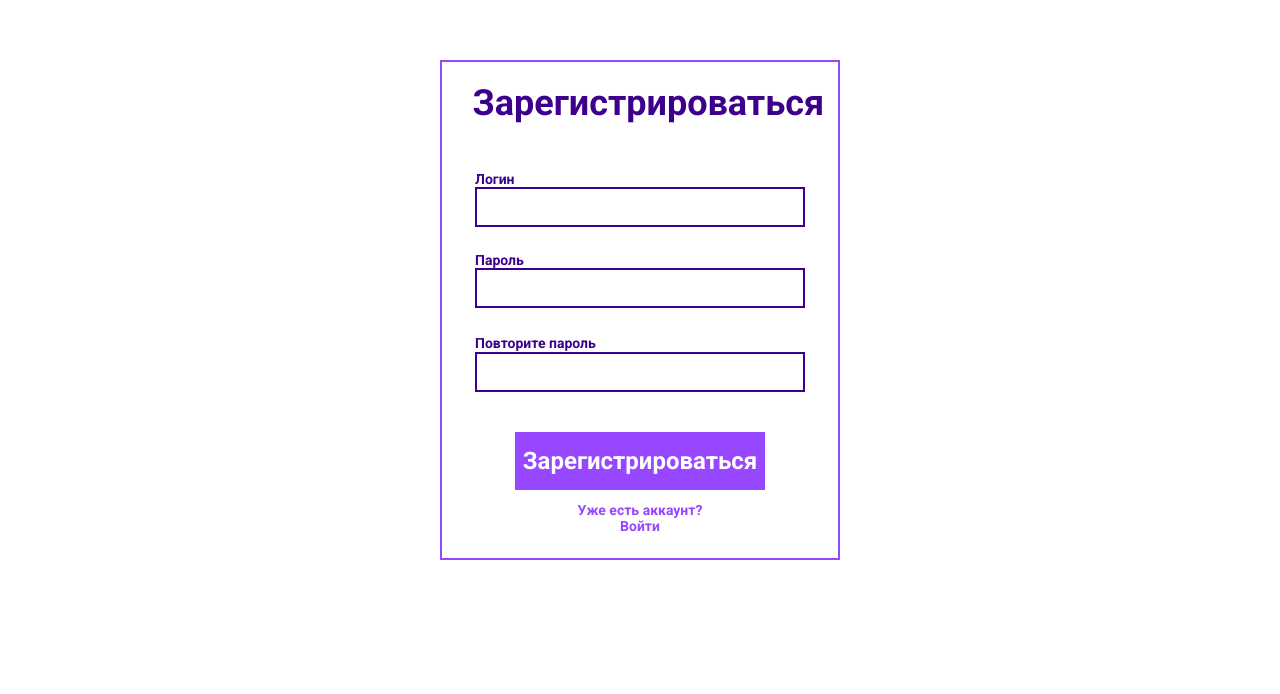
Repository: TimurZinatulin/Web_Shishki_1
Page: /profile
These files come from the project's save history. The page is drawn as it stood at one moment and after the next save; the edit follows.
The browser window is 1280 px wide. The pictures show the whole page.
The project was rebuilt for these pictures with package versions that can differ from the ones it lists, and the page was loaded fresh each time. Also part of the build but not shown: vite.config.js, vue.config.js, src/views/LoginView.vue, src/components/HelloWorld.vue, src/views/MainView.vue, src/views/HomeView.vue, src/views/EditView.vue, src/views/FavoriteView.vue and 4 more.

Above is the page before, as saved 2023-06-10 23:12:36.
Console error: TypeError: Cannot read properties of null (reading 'user')

### src/main.js
import { createApp } from 'vue'
//import './style.css'
import App from './App.vue'
import router from './router'
import store from './store.js'

createApp(App).use(store).use(router).mount('#app')

### src/App.vue
<template>
  <!-- Проверка доступности пользователя в хранилище; при недоступности - показываем компонент авторизации-->
  <Auth v-if="!store.state.user" />
  <!-- Если пользователь доступен, показываем компонент Hello World -->
  <EmptyLayout v-else msg="Hello Vue 3 + Vite" />
</template>

<script>
import Auth from './components/Auth.vue';
import HelloWorld from './components/HelloWorld.vue';
import HeaderComp from './components/HeaderComp.vue';
import EmptyLayout from './layouts/EmptyLayout.vue';
import MainLayout from './layouts/MainLayout.vue';
import ExtraLayout from './layouts/ExtraLayout.vue';
import RegisterView from './views/RegisterView.vue';

import store from "./store.js";
import { supabase } from "./supabase";

export default {
  computed: {
    layout() {
      return this.$route.meta.layout + '-layout';
    }
  },
  components: {
    HelloWorld, Auth, HeaderComp, EmptyLayout, MainLayout, ExtraLayout, RegisterView
  },
  setup() {
    // сначала проверяем, вошел ли пользователь в систему с помощью Supabase
    store.state.user = supabase.auth.user;
    // затем настраиваем слушатель для обновления хранилища, если меняется пользователь - выходит из системы или входит
    supabase.auth.onAuthStateChange((event, session) => {
      if (event == "SIGNED_OUT") {
        store.state.user = null;
      } else {
        store.state.user = session.user;
      }
    });

    return {
      store,
    };
  },
};
</script>

<style>
/* @import '@/templates/main_page.css'; */
</style>

### src/router/index.js
import { createRouter, createWebHistory } from 'vue-router'
import HomeView from '../views/HomeView.vue'
import MainView from '../views/MainView.vue'
import EditView from '../views/EditView.vue'
import FavoriteView from '../views/FavoriteView.vue'
import MyProjectsView from '../views/MyProjectsView.vue'
import LoginView from '../views/LoginView.vue'
import RegisterView from '../views/RegisterView.vue'
import CreateProjectView from '../views/CreateProjectView.vue'
import ProjectView from '../views/ProjectView.vue'


const routes = [
  {
    path: '/',
    name: 'home',
    component: HomeView
  },
  {
    path: '/main',
    name: 'main',
    meta: {layout: 'main'},
    component: MainView
  },
  {
    path: '/edit',
    name: 'edit',
    meta: {layout: 'extra'},
    component: EditView
  },
  {
    path: '/favs',
    name: 'favs',
    meta: {layout: 'extra'},
    component: FavoriteView
  },
  {
    path: '/my_projects',
    name: 'my',
    meta: {layout: 'extra'},
    component: MyProjectsView
  },
  {
    path: '/login',
    name: 'login',
    meta: {layout: 'empty'},
    component: LoginView
  },
  {
    path: '/register',
    name: 'register',
    meta: {layout: 'empty'},
    component: RegisterView
  },
  {
    path: '/create_project',
    name: 'create_project',
    meta: {layout: 'extra'},
    component: CreateProjectView
  },
  {
    path: '/project',
    name: 'project',
    meta: {layout: 'extra'},
    component: ProjectView
  },
  {
    path: '/profile',
    name: 'profile',
    meta: {layout: 'extra'},
    component: () => import('../views/ProfileView.vue')
  }
]

const router = createRouter({
  history: createWebHistory(import.meta.env.BASE_URL),
  routes
})

export default router

### src/store.js
import { reactive } from "vue";

const store = {
    state: reactive({
        user: {},
    }),
};

export default store

### src/components/Auth.vue
<template>
    <div>
        <register-view v-if="isSignUp" />
        <login-view v-else />
        <button id="reg_btn" style="align: center;" @click="isSignUp = !isSignUp">
            {{
                isSignUp
                ? "Уже есть аккаунт? Войти"
                : "Зарегистрироваться"
            }}
        </button>
    </div>
</template>

<script>
import { ref } from "vue";
import RegisterView from "../views/RegisterView.vue";
import LoginView from "../views/LoginView.vue";

export default {
    components: { RegisterView, LoginView },
    setup() {
        const isSignUp = ref(true);
        return {
            isSignUp,
        };
    },
};
</script>

<style scoped>
</style>

### src/components/HeaderComp.vue
<template>
    <div id="header" class="wrapper">
        <div id="head-cont">
            <li><router-link to="/main" style="position: relative; left: -280px;" href="http://localhost:5173/main"><img id="logo" src="../assets/ShishkiD.png" style="width: 70px; height: 70px;"></router-link></li>
            <input class="input" type="text" placeholder="Найти...">
            <ul style="left: 400px;">
                <li><router-link to="/favs" class="btn2">Избранное</router-link></li>
                <li><router-link to="/my_projects" class="btn2">Мои проекты</router-link></li>
                <li><router-link to="/edit" class="btn2">Редактировать профиль</router-link></li>
                <li><router-link to="/create_project" class="btn2">Новый проект</router-link></li>
                <li><button @click="signOut" class="btn2">Выйти</button></li>
            </ul>
        </div>
    </div>
</template>

<script setup>
import { ref } from "vue";
import { supabase } from "../supabase";

defineProps({
  msg: String,
});

async function signOut() {
  const { error } = await supabase.auth.signOut();
}
</script>

<style>
@import url('https://fonts.googleapis.com/css2?family=Roboto:wght@700&display=swap');
</style>

### src/layouts/EmptyLayout.vue
<template>
    <!-- <div id="header" class="wrapper">
        <div id="head-cont">
            <a style="position: relative; left: -280px;" href="http://localhost:8080/main"><img id="logo" src="../assets/ShishkiD.png" style="width: 70px; height: 70px;"></a>
            <input class="input" type="text" placeholder="Найти...">
            <ul>
                <li><router-link to="/favs" class="btn2">Избранное</router-link></li>
                <li><router-link to="/create_project" class="btn2">Новый проект</router-link></li>
                <li><router-link to="/login" class="link">Войти</router-link></li>
            </ul>
        </div>
    </div> -->
    <HeaderComp />
    <RouterView />
</template>

<script>
import HeaderComp from '@/components/HeaderComp.vue'

export default {
    components: {
        HeaderComp
    }
}
</script>

<style>
@import '@/templates/login.css';
@import '@/templates/main_page.css';
@import '@/templates/reg.css';
</style>

### src/layouts/MainLayout.vue
<template>
    <div id="app1">
        <HeaderComp />
        <div id="article">
            <h1 id="h1">Digital<br>
            portfolio</h1><br>
            <p>Уникальный сервис для<br>размещения своих проектов и<br>наработок</p><br>
            <a href="http://localhost:8080/create_project" class="btn">Создать проект</a>
            <button @click="signOut">Sign Out</button>
            <img id="logo2" src="../assets/chelik.png">
            <h2 id="h2">Популярные проекты</h2>
        </div>
        <div id="projects" style="left: -10px;">
        </div>
    </div>
</template>

<script>
import HeaderComp from '@/components/HeaderComp.vue'
import MainView from '@/views/MainView.vue'


export default {
    components: {
        HeaderComp, MainView
    }
}
</script>

<style>
@import '@/templates/login.css';
@import '@/templates/main_page.css';
@import '@/templates/reg.css';
</style>

### src/layouts/ExtraLayout.vue
<template>
    <HeaderComp />
</template>

<script>
import HeaderComp from '@/components/HeaderComp.vue'

export default {
    components: {
        HeaderComp,
    }
}
</script>

<style>
@import '@/templates/login.css';
@import '@/templates/main_page.css';
@import '@/templates/reg.css';
</style>

### src/views/RegisterView.vue
<template>
    <div id="log_card">
        <h1 id="log_name" style="position: relative; top: -30px; left: -10px;">Зарегистрироваться</h1>
        <form @submit.prevent="handleSignup">
            <p class="p">Логин</p>
            <input class="input1" style="top: -75px;" type="email" v-model="email">
            <p class="p">Пароль</p>
            <input class="input1" style="top: -75px;" type="password" v-model="password">
            <p class="p" style="display:inline; position:relative; left: 0px;">Повторите пароль</p>
            <input class="input1" style="top: -70px;" type="password" v-model="password">
            <button type="submit" id="log_btn" style="width: 250px;">Зарегистрироваться</button>
        </form>
    </div>
</template>

<script>
import { ref } from "vue";
import { supabase } from "../supabase";

export default {
    setup() {
        const email = ref("");
        const password = ref("");

        const handleSignup = async () => {
            try {
                // Задействуем предоставленный Supabase метод для обработки регистрации
                const { error } = await supabase.auth.signUp({
                    email: email.value,
                    password: password.value,
                });
                if (error) throw error;
            } catch (error) {
                alert(error.error_description || error.message);
            }
        };

        return {
            email,
            password,
            handleSignup,
        };
    },
};
</script>

### src/templates/login.css
#log_card{
    box-sizing: border-box;
    display: flex;
    flex-direction: column;
    justify-content: space-between;
    align-items: center;
    padding: 50px 10px;
    gap: 50px;
    width: 400px;
    height: 500px;
    border: 2px solid #9747FF;
    flex: none;
    order: 1;
    flex-grow: 0;
    position: relative;
    top: 60px;
}

#log_name{
    width: 315px;
    height: 49px;
    font-family: 'Roboto';
    font-style: normal;
    font-weight: 600;
    font-size: 36px;
    line-height: 42px;
    text-align: center;
    color: #3D008C;
    flex: none;
    order: 0;
    flex-grow: 0;
}

#log_btn{
    display: flex;
    flex-direction: row;
    justify-content: center;
    align-items: center;
    padding: 10px;
    width: 88px;
    height: 58px;
    background: #9747FF;
    flex: none;
    order: 0;
    flex-grow: 0;
    border: none;
    color: white;
    position: relative;
    bottom: 50px;
    border: 2px solid #9747FF;
    animation: ch-color-1 0.5s forwards;
    font-size: 24px;
}

#log_btn:hover{
    animation: ch-color-2 0.5s forwards;
}

@keyframes ch-color-1 {
    from {
      background-color: white;
      color: #9747FF;
    }
    to {
      background-color: #9747FF;
      color: white;
    }
  }

  @keyframes ch-color-2 {
    from {
      background-color: #9747FF;
      color: white;
    }
    to {
      background-color: white;
      color: #9747FF;
    }
  }

#reg_btn{
    width: 136px;
    height: 16px;
    font-family: 'Roboto';
    font-style: normal;
    font-weight: 400;
    font-size: 14px;
    line-height: 16px;
    display: flex;
    align-items: center;
    text-align: center;
    color: #9747FF;
    flex: none;
    order: 0;
    flex-grow: 0;
    position: relative;
    left: 0px;
    top: 10px;
    border: none;
    background-color: white;
    text-align: center;
}

.p{
    width: 40px;
    height: 16px;
    font-family: 'Roboto';
    font-style: normal;
    font-weight: 600;
    font-size: 14px;
    line-height: 16px;
    display: flex;
    align-items: center;
    color: #3D008C;
    flex: none;
    order: 0;
    flex-grow: 0;
    position: relative;
    top: -70px;
    left: -145px;
    margin-bottom: 5px;
}

### src/templates/main_page.css
* {
  margin: 0 auto;
  padding: 0;
  box-sizing: border-box;
  font-size: 16px;
  font-family: 'Roboto', sans-serif;
  user-select: none;
}

#head-cont{
  max-width: 900px;
  width: 100%;
}

#article{
  width: 1500px;
  position: relative;
}

#header{
  width: 100%;
  height: 80px;
  margin: 0 auto;
  background-color: rgba(151, 71, 255, 1);
  margin-bottom: 15px;
  overflow: hidden;
}

.input{
  width: 500px;
  height: 50px;
  padding: 6px 0 4px 10px;
  border: none;
  background: rgba(206, 168, 255, 1);
  bottom: 20px;
  left: -325px;
  position: relative;
  font-size: 25px;
  padding-left: 25px;
  outline: none;
}

.input::-webkit-input-placeholder {
  color: white;
}

.input::-moz-placeholder {
  color: white;
}

.input1{
  box-sizing: border-box;
  display: flex;
  flex-direction: row;
  align-items: center;
  padding: 11px 10px;
  gap: 10px;
  width: 330px;
  height: 40px;
  border: 2px solid #3D008C;
  flex: none;
  order: 1;
  align-self: stretch;
  flex-grow: 0;
  position: relative;
  top: -20px;
  margin-bottom: 20px;
  outline: none;
}

#logo{
  position: relative;
  top: 5px;
}

#logo2{
  position: relative;
  width: 800px;
  height: 670px;
  left: 385px;
  bottom: 340px;
}

ul {
  list-style: none;
  margin: 0;
  padding-left: 0;
  position: relative;
  left: 710px;
  top: -55px;
}

a {
  text-decoration: none;
  color: white;
}

.link1 {
  display: flex;
  flex-direction: row;
  justify-content: center;
  align-items: center;
  padding: 10px;
  background: #9747FF;
  flex: none;
  order: 0;
  flex-grow: 0;
  left: -275px;
  top: 220px;
  font-family: 'Roboto';
  font-style: normal;
  font-weight: 400;
  font-size: 16px;
}

.link1:hover{
  animation: ch-color-2 0.5s forwards;
}

.link {
  background: none;
  border: 2px solid white;
  color: white;
  padding: 15px 25px;
  animation: ch-color-1 0.5s forwards;
}

.link:hover{
  animation: ch-color-2 0.5s forwards;
}

@keyframes ch-color-1 {
  from {
    background-color: white;
    color: rgba(151, 71, 255, 1);
  }
  to {
    background-color: rgba(151, 71, 255, 1);
    color: white;
  }
}

@keyframes ch-color-2 {
  from {
    background-color: rgba(151, 71, 255, 1);
    color: white;
  }
  to {
    background-color: white;
    color: rgba(151, 71, 255, 1);
  }
}

li {
  display: inline;
  margin-right: 60px;
}

#h1 {
  font-size: 90px;
  position: relative;
  top: 100px;
  left: -450px;
  color: rgba(61, 0, 140, 1);
  width: 500px;
}

p{
  position: relative;
  color: rgba(61, 0, 140, 1);
  left: -445px;
  top: 100px;
  font-size: 32px;
  font-family: 'Roboto';
  font-style: normal;
  font-weight: 500;
  line-height: 38px;
  width: 500px;
}

.btn{
  position: relative;
  bottom: 500px;
  left: 55px;
  background: linear-gradient(rgba(255, 104, 86, 1), rgba(151, 71, 255, 1));
  color: white;
  font-size: 32px;
  font-style: normal;
  font-weight: 700;
  border: 3px solid linear-gradient(rgba(255, 104, 86, 1), rgba(151, 71, 255, 1));
  width: 315px;
  height: 90px;
  padding: 26px 37px;
}

#h2{
  position: absolute;
  top: 740px;
  left: 510px;
  color: rgba(61, 0, 140, 1);
  font-size: 48px;
}

#projects{
  justify-content: center;
  align-items: center;
  align-self: center;
  padding: 30px 90px;
  position: absolute;
  width: 1529px;
  height: 100%;
  background: linear-gradient(180deg, #3D008C 0%, #14002F 100%);
  flex: none;
  order: 3;
  flex-grow: 0;
  margin-top: -200px;
}

#content{
  display: flex;
  flex-direction: row;
  justify-content: center;
  align-items: center;
  padding: 30px 90px;
  gap: 90px;
  width: 1420px;
  height: 240px;
  flex: none;
  order: 0;
  flex-grow: 0;
}

.block{
  display: flex;
  flex-direction: column;
  align-items: center;
  padding: 10px;
  gap: 10px;
  position: absolute;
  width: 359px;
  height: 470px;
  background: linear-gradient(148.66deg, #FF6856 0%, #6F00FF 100%);
  border-radius: 30px;
  top: 70px;
}

.pic{
  position: relative;
  top: 20px;
  width: 340px;
  height: 310px;
  border-radius: 20px;
}

h3{
  color: white;
  font-size: 32px;
  position: relative;
  top: 10px;
}

.text{
  color: white;
  position: relative;
  top: 20px;
  text-align: center;
}

.like{
  display: flex;
  flex-direction: row;
  justify-content: center;
  align-items: center;
  padding: 10px 15px;
  gap: 10px;
  position: absolute;
  width: 117px;
  height: 38px;
  left: 20.5px;
  top: 100px;
  background: #FF6856;
  border-radius: 30px;
  color: white;
  overflow-y: hidden;
}

.pic2{
  width: 22px;
  height: 22px;
  transform: matrix(-1, 0, 0, 1, 0, 0);
  flex: none;
  order: 0;
  flex-grow: 0;
}

textarea{
  box-sizing: border-box;
  display: flex;
  width: 330px;
  height: 100px;
  gap: 10px;
  border: 2px solid #3D008C;
  flex: none;
  order: 1;
  flex-grow: 0;
  position: relative;
  top: 100px;
  resize: none;
}

#photo{
  width: 100px;
  height: 100px;
  border: 3px solid #3D008C;
  flex: none;
  order: 0;
  flex-grow: 0;
  border-radius: 100%;
  position: relative;
}

#photo1{
  width: 340px;
  height: 340px;
  border: 3px solid #9747FF;
  border-radius: 30px;
  flex: none;
  order: 0;
  flex-grow: 0;
}

#chphoto{
  display: flex;
  flex-direction: row;
  justify-content: center;
  align-items: center;
  padding: 10px 0px;
  gap: 26px;
  width: 331px;
  height: 120px;
  flex: none;
  order: 1;
  flex-grow: 0;
  position: relative;
  top: -535px;
}

#p{
  font-family: 'Roboto';
  font-style: normal;
  font-weight: 600;
  font-size: 14px;
  line-height: 16px;
  display: flex;
  align-items: center;
  color: #FFFFFF;
  position: relative;
  top: -50px;
  left: 135px;
}

#p1{
  font-family: 'Roboto';
  font-style: normal;
  font-weight: 600;
  font-size: 14px;
  line-height: 16px;
  display: flex;
  align-items: center;
  color: #FFFFFF;
  position: relative;
  top: -100px;
  left: 135px;
}

#p2{
  font-family: 'Roboto';
  font-style: normal;
  font-weight: 600;
  font-size: 16px;
  line-height: 19px;
  text-align: center;
  color: #FFFFFF;
  position: relative;
  top: 200px;
}

.btn2{
  padding: 20px 10px;
}

.btn2:hover{
  animation: ch-color-2 0.5s forwards;
}

### src/templates/reg.css
form{
    position: relative;
    top: 30px;
}

Loaded but not shown: index.html (common file); src/supabase.js (common file)

After the next save:
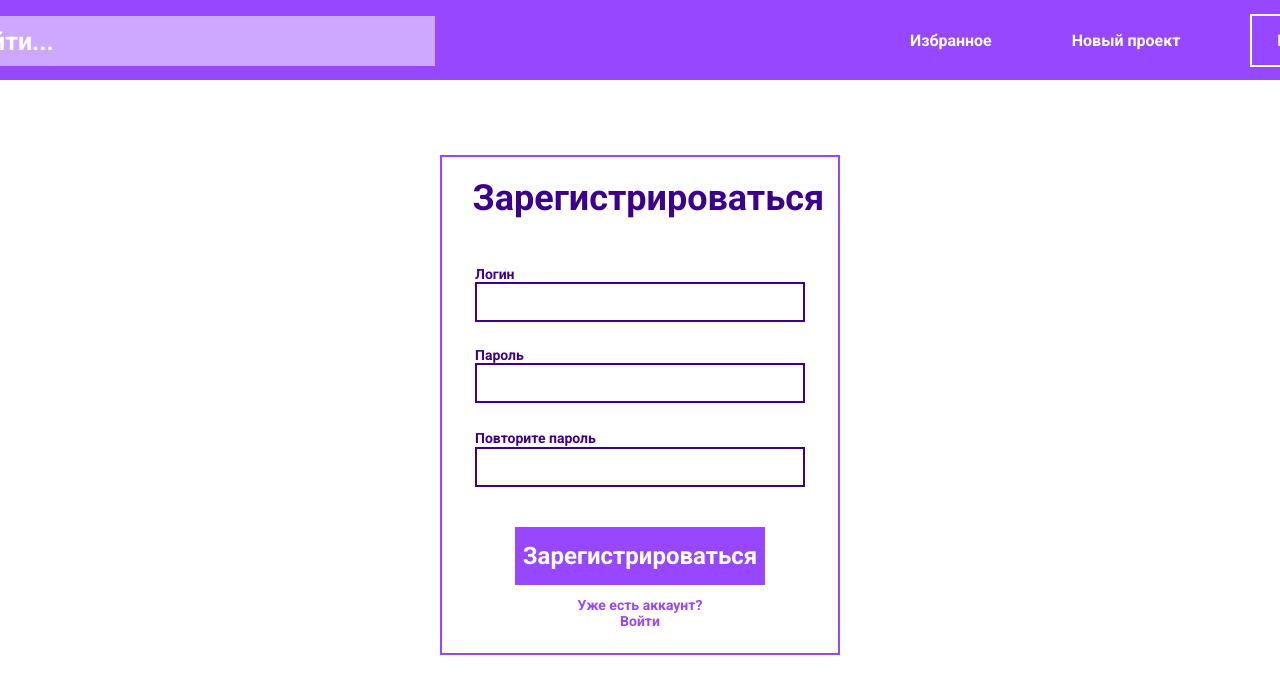
Saved 42 min 7 s later.
--- a/src/views/RegisterView.vue
+++ b/src/views/RegisterView.vue
@@ -1,4 +1,15 @@
 <template>
+    <div id="header" class="wrapper">
+        <div id="head-cont">
+            <a style="position: relative; left: -280px;" href="http://localhost:8080/main"><img id="logo" src="../assets/ShishkiD.png" style="width: 70px; height: 70px;"></a>
+            <input class="input" type="text" placeholder="Найти...">
+            <ul>
+                <li><router-link to="/favs" class="btn2">Избранное</router-link></li>
+                <li><router-link to="/create_project" class="btn2">Новый проект</router-link></li>
+                <li><router-link to="/login" class="link">Войти</router-link></li>
+            </ul>
+        </div>
+    </div>
     <div id="log_card">
         <h1 id="log_name" style="position: relative; top: -30px; left: -10px;">Зарегистрироваться</h1>
         <form @submit.prevent="handleSignup">
